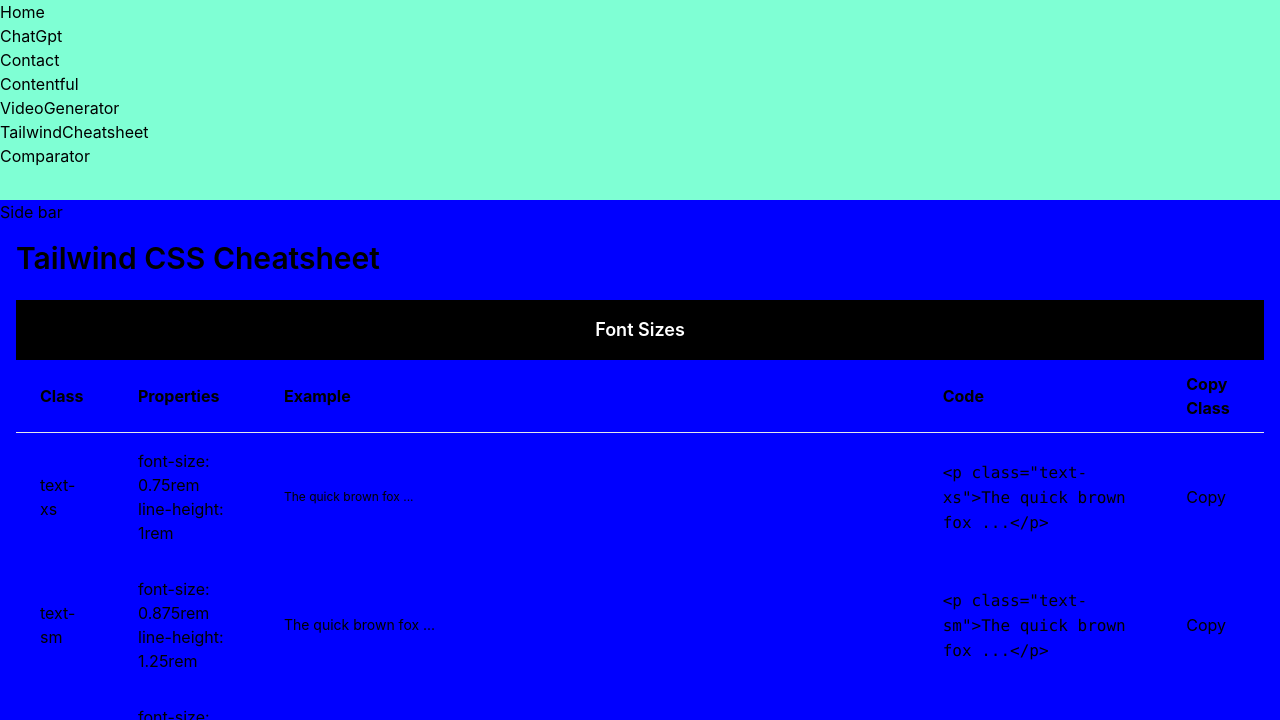
Repository: Coralee-Long/react-bits
Page: /tailwind-cheatsheet
An editor plug-in stored every save of this project. The page is shown before and after the next save, followed by the edit.
The browser window is 1280 px wide. The pictures show the whole page.
An inner scrolling area shows only its first screen. The project was rebuilt for these pictures with package versions that can differ from the ones it lists, and the page was loaded fresh each time. Also part of the build but not shown: src/pages/HomePage.js, src/pages/ContactPage.js, src/pages/VideoGeneratorPage.js, src/pages/ChatGptPage.js, src/components/projects/Comparator/data/productsData.js, src/components/projects/Comparator/components/ComparatorPresenter.js, src/pages/ComparatorPage.js, src/pages/ContentfulPage.js.

Above is the page before, as saved 2024-02-09 17:01:40.

After the next save:
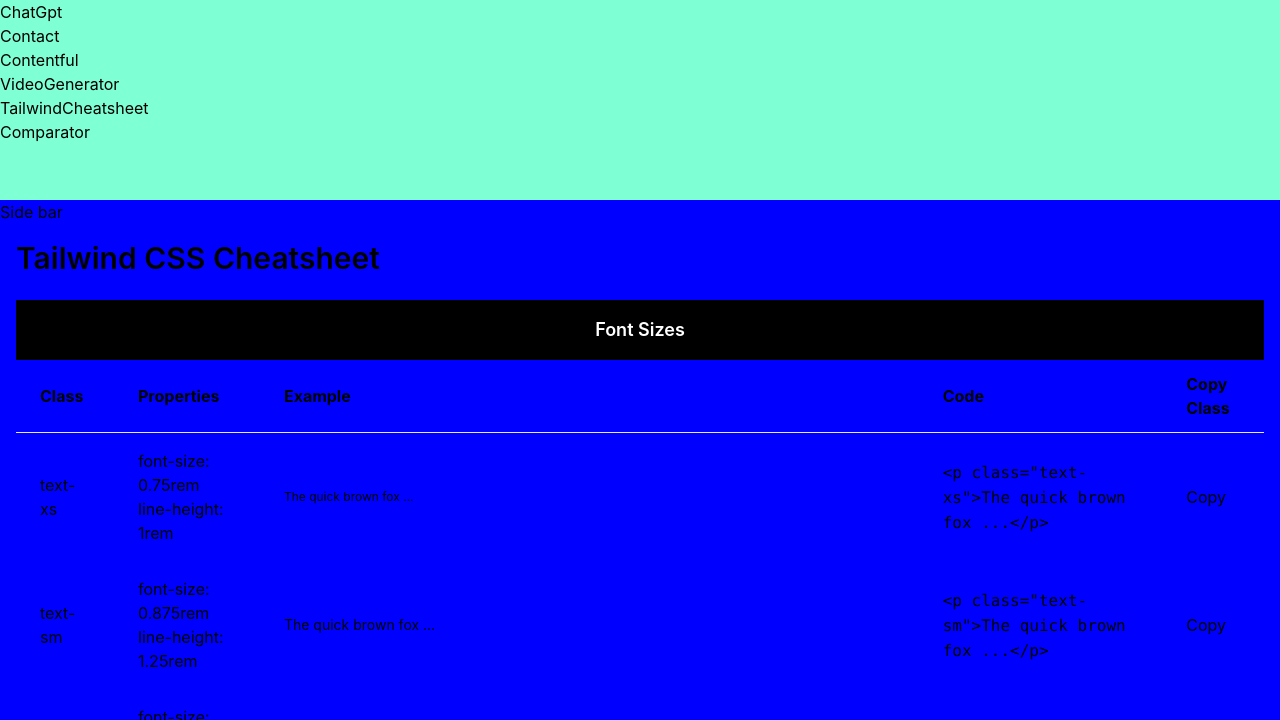
Saved 92 s later.
--- a/src/utils/pagesRegistry.js
+++ b/src/utils/pagesRegistry.js
@@ -1,5 +1,4 @@
 const pages = [
-  { name: 'Home', path: '/' },
   { name: 'ChatGpt', path: '/chatgpt' },
   { name: 'Contact', path: '/contact' },
   { name: 'Contentful', path: '/contentful' },
